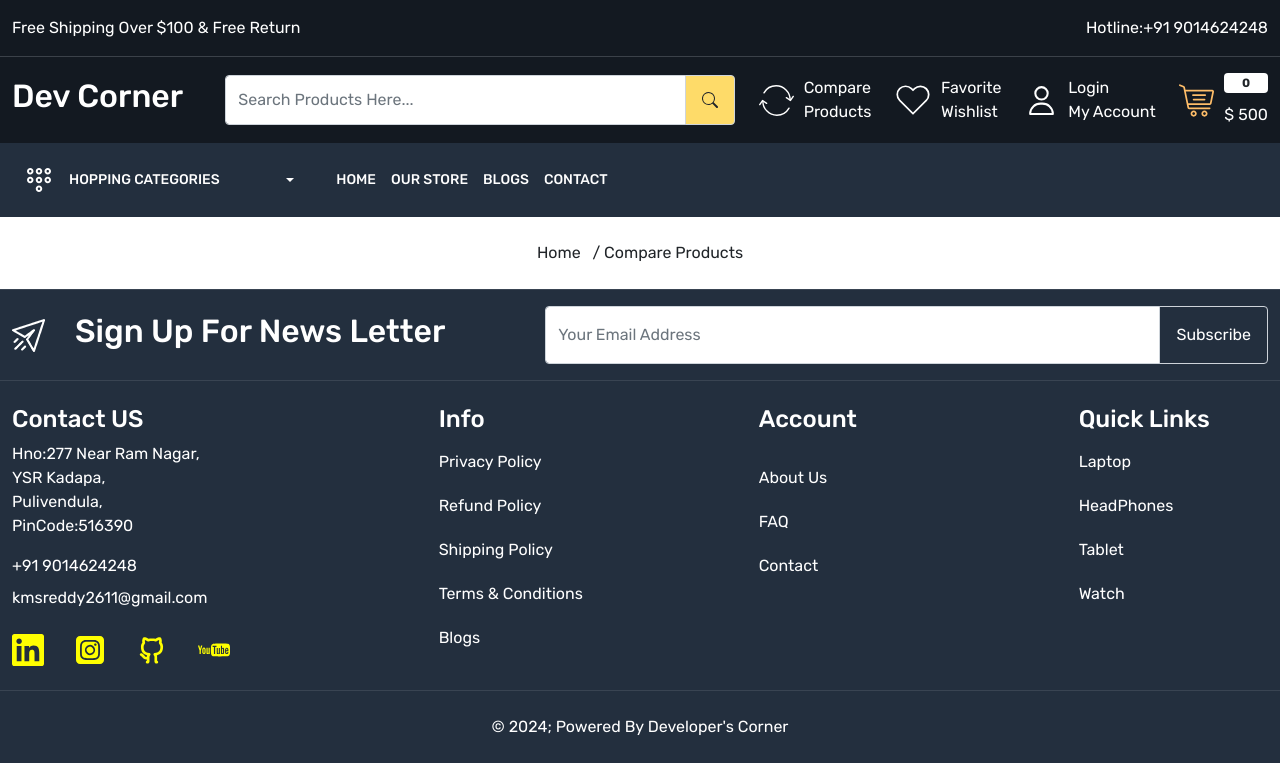
Repository: maniheist/ecommerce-app
Page: /compare-product
These files come from the project's save history. The page is drawn as it stood at one moment and after the next save; the edit follows.
The browser window is 1280 px wide. The pictures show the whole page.
The project was rebuilt for these pictures with package versions that can differ from the ones it lists, and the page was loaded fresh each time. Also part of the build but not shown: src/components/BlogCard.js, src/components/ProductCard.js, src/components/SpecialProduct.js, src/pages/Home.js, src/pages/About.js, src/pages/Contact.js, src/pages/OurStore.js, src/pages/Blog.js.

Above is the page before, as saved 2024-02-19 22:22:57.

### public/index.html
<!DOCTYPE html>
<html lang="en">
  <head>
    <meta charset="utf-8" />
    <link rel="icon" href="%PUBLIC_URL%/favicon.ico" />
    <meta name="viewport" content="width=device-width, initial-scale=1" />
    <meta name="theme-color" content="#000000" />
    <meta
      name="description"
      content="Web site created using create-react-app"
    />
    <link rel="apple-touch-icon" href="%PUBLIC_URL%/logo192.png" />

    <link rel="preconnect" href="https://fonts.googleapis.com" />
    <link rel="preconnect" href="https://fonts.gstatic.com" crossorigin />
    <link
      href="https://fonts.googleapis.com/css2?family=Rubik:ital,wght@0,300..900;1,300..900&display=swap"
      rel="stylesheet"
    />
    <link
      href="https://cdn.jsdelivr.net/npm/bootstrap@5.0.2/dist/css/bootstrap.min.css"
      rel="stylesheet"
      integrity="sha384-EVSTQN3/azprG1Anm3QDgpJLIm9Nao0Yz1ztcQTwFspd3yD65VohhpuuCOmLASjC"
      crossorigin="anonymous"
    />
    <link rel="manifest" href="%PUBLIC_URL%/manifest.json" />

    <title>React Redux App</title>
  </head>
  <body>
    <noscript>You need to enable JavaScript to run this app.</noscript>
    <div id="root"></div>
    <script
      src="https://cdn.jsdelivr.net/npm/bootstrap@5.0.2/dist/js/bootstrap.bundle.min.js"
      integrity="sha384-MrcW6ZMFYlzcLA8Nl+NtUVF0sA7MsXsP1UyJoMp4YLEuNSfAP+JcXn/tWtIaxVXM"
      crossorigin="anonymous"
    ></script>
  </body>
</html>

### src/index.js
import React from 'react';
import { createRoot } from 'react-dom/client';

import App from './App';

const container = document.getElementById('root');
const root = createRoot(container);

root.render(

      <App />

);

### src/App.js
import React from 'react';
import './App.css';
import {BrowserRouter,Routes,Route} from "react-router-dom";
import Layout from "./components/Layout";
import Home from "./pages/Home"
import About from "./pages/About"
import Contact from "./pages/Contact"
import OurStore from './pages/OurStore';
import Blog from "./pages/Blog";
import CompareProduct from './pages/CompareProduct';
function App() {
  return (
    <>
      <BrowserRouter>
        <Routes>
        <Route path="/" element={<Layout />}>
<Route index element={<Home />} />
<Route path="about" element={<About />}/>
<Route path="contact" element={<Contact />}/>
<Route path="store" element={<OurStore />}/>
<Route path="blogs" element={<Blog />}/>
<Route path="compare-product" element={<CompareProduct />}/>


        </Route>

        </Routes>
      </BrowserRouter>
    </>

  );
}

export default App;

### src/App.css
*{
  margin:0;
  padding:0;
  box-sizing:border-box;
}
:root{
  --color-131921:#131921;
  --color-3b4149:#3b4149;
--color-febd69:#fedb69;
--color-232f3e:#232f3e;
--color-bf4800:#bf4800;
--color-f5f5f7:#f5f5f7;
--color-ededed:#ededed;
--color-777777:#777777;
--color-1c1b1b:#1c1b1b;
--color-f2f2f2:#f2f2f2;
}

.section-heading{
  font-size: 26px;
  line-height: 32px;
  font-weight: 500;
  margin-bottom: 30px;

}
.card-wrapper{
  background-color: white;
  box-shadow: 0 0 10px #0000001a;
  padding: 15px;
}

.button{
  background-color:var(--color-232f3e) ;
  color: white;
  padding: 13px 33px;
  font-size: 14px;
  border-radius: 15px;
}
.button:hover{
  background-color: var(--color-febd69);
  color:#131921
}
body {
  font-family:"Rubik", sans-serif;
}
a {
  text-decoration:none;
  display:inline-block;
}

.form-control:focus{
  box-shadow:none;
  border-color: inherit;
}

/*header part*/
.header-top-strip{
  border-bottom: 1px solid var(--color-3b4149);
  background-color:var(--color-131921) ;
}

.header-upper{
  background-color: var(--color-131921);
}

.header-bottom{
  background-color: var(--color-232f3e);
}

.header-upper .input-group-text{
  background-color: var(--color-febd69);
}

.header-upper.header-upper-links img{
  width:35px;
  height: 35px;
}

.gap-10{
  gap: 10px;
}


.gap-15{
  gap: 15px;
}

.gap-30{
  gap: 30px;
}
.header-bottom .menu-links a,
.header-bottom .dropdown button
{
  color: white;
  font-size: 14px;
  line-height: 18px;
  font-weight: 480;
  letter-spacing:0.3;
  text-transform: uppercase;
}

.header-bottom .dropdown button:focus{
  box-shadow: none;
}

.header-bottom .dropdown-menu{
  background-color: var(--color-131921);
  width:100%;
  transform: translate3d(0px,57px,0px) !important;
}

.header-bottom .dropdown-item{
  padding:20px;
  margin-bottom: 3px;
  border-bottom: 1px solid var(--color-3b4149)
  ;

}
.header-bottom .dropdown-item:hover{
  background-color: transparent;
  color: var(--color-febd69) !important;
}
/*header part end */


/*footer part  */

footer{
  background-color: var(--color-232f3e);
}



footer:not(:first-child){
  border-top:1px solid rgba(255,255,255,0.1);

}

footer .input-group-text{
  background-color: var(--color-232f3e);
  color:white;
  padding:8px 17px;
}
/* footer part end */

/*Home page*/

.main-banner-content{
  top:15%;
  left:5%;
}

.main-banner-content h4{

  font-size: 19px;
  font-weight: 400;
  line-height: 24px;
  color:var(--color-bf4800);
  margin: 0 0 12px;
  letter-spacing: 0.3px;
  text-transform: uppercase;

}

.main-banner-content h5{
  font-size: 52px;
  font-weight: 500;
  line-height: 64px;
  letter-spacing: -2px;
  text-transform: none;

}

.main-banner-content p{
  font-size: 18px;
  line-height: 28px;
  letter-spacing: 0.4px;
  font-weight: 100;
  color: var(--color-131921);
}


.small-banner-content{
  top:25%;
  left:10%;
}

.small-banner-content h4{

  font-size: 21px;
  font-weight: 400;
  line-height: 24px;
  color:var(--color-bf4800);
  margin: 0 0 12px;
  letter-spacing: 0.3px;
  text-transform: uppercase;
}
.small-banner-content h5{
  font-size: 33px;
  font-weight: 500;
  line-height: 34px;
  letter-spacing: -2px;
  text-transform: none;

}

.small-banner-content p{
  font-size: 18px;
  line-height: 28px;
  letter-spacing: 0.4px;
  font-weight: 100;
  color: var(--color-131921);
}

.small-banner{
  width: 49%;

}


/* Home wrapper 2 */

.home-wrapper-2{
  background-color: var(--color-f5f5f7);

}

/* Home wrapper 2 ends */

/* categories section */

.categories{
  background-color: white;
  box-shadow: 0 0 10px #0000001a;
  padding: 15px;
}

.categories > div{
  width:25%;
  padding: 10px 10px 10px 20px;
}

.categories > div:nth-child(1),
.categories > div:nth-child(2),
.categories > div:nth-child(3),
.categories > div:nth-child(4){
  border-bottom: 1px solid var(--color-ededed) ;
}

.categories>div>div{
  width:60%
}

.categories > div:nth-child(1),
.categories > div:nth-child(2),
.categories > div:nth-child(3){
  border-right: 1px solid var(--color-ededed) ;
}

.categories > div:nth-child(5),
.categories > div:nth-child(6),
.categories > div:nth-child(7){
  border-right: 1px solid var(--color-ededed) ;
}
/* categories end */

/* Home Page End */


/* Blogcard */

.blog-card{
  background-color: white;
  padding:20px;
  border-radius:10px;
}

.blog-card img{
  border-top-left-radius:10px;
  border-top-right-radius:10px;
}

.blog-content{
  padding: 15px;

}

.blog-contentp.date{
  font-size: 13px;
  line-height: 24px;
  text-transform: uppercase;
  letter-spacing: 0;
  font-weight: 400;
  color: var(--color-777777);
  padding: 0;

}

.blog-content h5{
  font-size: 18px;
  color: var(--color-131921);
}


.blog-content p.desc{
  font-size: 13px;
  line-height: 22px;
  color: var(--color-777777);
}
/*Blogcard ends*/


/* product card */

.product-card{
  padding: 15px;
  background-color: white;
  border-radius: 13px;
overflow:hidden;
width: 100%;
}

.product-card .product-image{
  height: 270px;
}

.product-card .product-image img{
  object-fit: contain;
}
.product-card .product-image> img:last-child{
  display: none;
}
.product-card:hover .product-image > img:nth-child(1){
display: none;

}
.product-card:hover .product-image>img:last-child{
  display: block;


}



.product-card:hover .action-bar{
  right: 15px;

}
.product-card .product-details h6 {
  color:var(--color-bf4800);
  font-size: 13px;



}


.product-card .product-details h5{
  font-size: 15px;
  color: var(--color-1c1b1b);
}

.product-card.product-details p.price{
  font-size: 16px;
  color: var(--color-1c1b1b);
}

.product-card p.description{
  font-size: 13px;
  color: var(--color-777777);
  margin-right: 20px;
}

.action-bar{
  top: 10%;
  right:-23px;
  transition: 0.3s;
}


.wishlist-icon{
  top: 2%;
  right:15px;

}
/* product card ends */

/* special product */

.special-product-card{
  padding:20px 10px;
  border-radius: 10px;
  background-color: white;
}

.special-product-card .badge{
  background-color:#eb353b !important;
}


/* special product ends */

/* famous start */

.famous-card .famous-content{
  top: 10%;
  left: 5%;

}

.famous-card img{
  border-radius: 10px;
}

.famous-content h5{
  font-size: 13px;
  line-height: 20px;
  font-weight: 400px;
  color: white;
  margin-bottom: 7px;
  text-transform: uppercase;

}
.famous-content h6{
  font-size: 24px;
  line-height: 38px;
  font-weight: 500;
  color: white;
}
.famous-content p{
  font-size: 16px;
  line-height: 24px;
  color: white;
  font-weight: 100;
}

/* famous ends */

/* Our Store Start */

.filter-card{
  background-color: white;
  border-radius: 10px;
  padding: 15px 15px 25px;
}

.filter-title{
  font-size: 16px;
  line-height: 20px;
  font-weight: 600;
  color: var(--color-1c1b1b);
  margin-bottom: 20px;
}

.filter-card ul,
.filter-card .form-check-label {
  list-style-type:none;
  font-size: 13px;
  line-height: 30px;
  color: var(--color-777777);
  cursor: pointer;
}

.filter-card .form-check-input:focus{
  box-shadow: none;
  border-color: rgba(0,0,0,0.25);
}
.filter-card .form-check-input:checked{
background-color: var(--color-febd69);
  border-color: var(--color-febd69);

}
.sub-title{
  font-size: 40px;
  font-weight: 600;
  color: var(--color-1c1b1b);
  margin-bottom: 15px;
  margin-top: 20px;
}

.colors{
  list-style-type: none;
  display: flex;
  flex-wrap: wrap;
  gap: 10px;
}
.colors .one{
  width: 20px;
  height: 20px;
  background-color: red;
  border-radius: 50%;
}
.colors .two{
  width: 20px;
  height: 20px;
  background-color: blue;
  border-radius: 50%;
}
.colors  .three{
  width: 20px;
  height: 20px;
  background-color: yellow;
  border-radius: 50%;
}
.colors  .four{
  width: 20px;
  height: 20px;
  background-color: pink;
  border-radius: 50%;
}
.colors  .five{
  width: 20px;
  height: 20px;
  background-color: black;
  border-radius: 50%;
}
.colors  .six{
  width: 20px;
  height: 20px;
  background-color: brown;
  border-radius: 50%;
}

.colors  .seven{
  width: 20px;
  height: 20px;
  background-color:chocolate;
  border-radius: 50%;
}

.random-products h5{
font-size: 14px;
margin-bottom: 8px;
}

.random-products:first-child{
  border-bottom: 1px solid var(--color-ededed);
}

.filter-sort-grid{
  padding: 10px;
  background-color: white;
  border-radius: 10px;
}

.grid img{
  width: 35px;
  height: 35px;
  background-color: var(--color-f2f2f2);
  padding: 8px;
  border-radius: 3px;
  cursor: pointer;
}
.grid img:hover{
  background-color:burlywood;
}

.g-12{
  width: 100%;

}
.gr-6{
  width: 49%;
}
.gr-4{
  width: 32%;
}
.gr-3{
  width: 24%;

}

.gr-12 .product-card{
  display: flex;
  gap:20px;
}
.gr-6 .product-image{
  width: 100%;
}
.gr-6 .product-image img{
  margin: auto;
  display: block;
}
.gr-12 .product-card .product-image{
  width: 270px;
}

.gr-12 .product-card .product-image{
  height: auto;
}
.gr-12 .action-bar{top: 17%;}


/* Our store ends */


/* contact us starts*/

.contact-inner-wrapper{
  padding:30px 20px;
  border-radius: 15px;
  background-color: white;
  gap:15px;
}
.contact-inner-wrapper>div{
  width: 48%;
}

.contact-title{
  font-size: 26px;
  font-weight: 500;
  line-height: 35px;
  text-align: left;

}

.contact-inner-wrapper form .form-control{
  background-color: var(--color-f5f5f7);
  border-radius: 10px;
  border-color: transparent;
  padding: 10px;
}

.contact-inner-wrapper ul{
  list-style: none;
}

.contact-inner-wrapper address,.contact-inner-wrapper a,.contact-inner-wrapper p{
  color: var(--color-777777);
}

/* contact us ends */

### src/components/Layout.js
import React from 'react'
import {Outlet} from "react-router-dom";
import Header from "./Header";
import Footer from "./Footer";
const Layout = () => {
  return (
    <>
            <Header />
            <Outlet />
            <Footer />

    </>
  )
}

export default Layout

### src/pages/CompareProduct.js
import React from 'react'
import BreadCrumb from '../components/BreadCrumb'
import Meta from '../components/Meta'
const CompareProduct = () => {
  return <>
    <Meta title={"Compare Products"}></Meta>
    <BreadCrumb title='Compare Products'/>

  </>
}

export default CompareProduct

### src/components/Header.js
import React from 'react'
import {NavLink,Link} from "react-router-dom"
import {BsSearch} from "react-icons/bs"
const Header = () => {
  return <>
  <header className='header-top-strip py-3'>
    <div className='container-xxl'>
      <div className='row'>
        <div className='col-6'>
          <p className='text-white mb-0'>Free Shipping Over $100 & Free Return</p>
        </div>
        <div className='col-6'>
          <p className='text-end text-white mb-0'>
            Hotline:
            <a className='text-white' href='tel:+9014624248'>+91 9014624248</a>
          </p>
        </div>
      </div>
    </div>
  </header>
  <header className='header-upper py-3'>
    <div className='container-xxl'>
      <div className='row align-items-center'>
        <div className='col-2'>
          <h2><Link className='text-white'>
            Dev Corner
          </Link></h2>
        </div>
        <div className='col-5'>
          <div className="input-group">
  <input type="text" className="form-control py-2" placeholder="Search Products Here..." aria-label="Search Products Here..." aria-describedby="basic-addon2"/>
  <span className="input-group-text p-3" id="basic-addon2"><BsSearch className='fs-6' /></span>
</div>
        </div>
        <div className='col-5'>
          <div className='header-upper-links d-flex align-items-center justify-content-between'>
            <div>
              <Link to='/compare-product' className='d-flex align-items-center gap-10 text-white'>
              <img src="/images/compare.svg" alt='compare' />
                <p className='mb-0'>Compare <br /> Products</p>
              </Link>
            </div>
            <div>
              <Link to="/wishlist" className='d-flex align-items-center gap-10 text-white'>
              <img src="/images/wishlist.svg" alt='wishlist' />
                <p className='mb-0'>Favorite <br /> Wishlist</p>
              </Link>
            </div>
            <div>
              <Link to="/login" className='d-flex align-items-center gap-10 text-white'>
              <img src="/images/user.svg" alt='user' />
                <p className='mb-0'>Login <br /> My Account</p>
              </Link>
            </div>
            <div>
              <Link to="/cart" className='d-flex align-items-center gap-10 text-white'>
            <img src="/images/cart.svg" alt='cart' />
                <div className='d-flex flex-column gap-10'>
                <span className='badge bg-white text-dark'>0</span>
                <p className='mb-0'>$ 500</p>

                </div>
              </Link>
            </div>
          </div>
        </div>
      </div>
    </div>
  </header>
<header className='header-bottom py-3'>
  <div className='container-xxl'>
    <div className='row'>
      <div className='col-12'>
        <div className='menu-bottom d-flex align-items-center gap-30'>
        <div>
          <div className="dropdown">
  <button className="btn btn-secondary dropdown-toggle bg-transparent border-0 gap-15 d-flex align-items-center" type="button" id="dropdownMenuButton1" data-bs-toggle="dropdown" aria-expanded="false">
    <img src="images/menu.svg" alt=""/><span className='me-5 d-inline-blocto'>hopping Categories</span>
  </button>
  <ul className="dropdown-menu" aria-labelledby="dropdownMenuButton1">
    <li><to className="dropdown-item text-white" to="">Pants</to></li>
    <li><to className="dropdown-item text-white" to="">Shirts</to></li>
    <li><to className="dropdown-item text-white" to="">Shorts</to></li>
  </ul>
</div>
        </div>
        <div className='menu-links'>
          <div className='d-flex align-items-center gap-15'>
            <NavLink className='text-white' to="/">Home</NavLink>
            <NavLink className='text-white' to="/store">Our Store</NavLink>
            <NavLink className='text-white' to="/blogs">Blogs</NavLink>
            <NavLink className='text-white' to="/contact">Contact</NavLink>
          </div>
        </div>

        </div>
      </div>
    </div>
  </div>
</header>


  </>
}

export default Header

### src/components/Footer.js

import React from 'react'
import { SiLinkedin } from "react-icons/si";
import { RiGithubLine } from "react-icons/ri";
import { ImYoutube2 } from "react-icons/im";
import { FaSquareInstagram } from "react-icons/fa6";
import {Link} from 'react-router-dom';
const Footer = () => {
  return <>
    <footer className='py-3'>
        <div className='container-xxl'>
            <div className='row align-items-center'>
                <div className='col-5'>
                    <div className='footer-top-data d-flex gap-30 align-items-center'>
                        <img src="images/newsletter.png" alt="newsletter" />
                        <h2 className='text-white'>Sign Up For News Letter</h2>
                    </div>
                </div>
                <div className='col-7'>
                    <div className="input-group">
  <input type="text" className="form-control py-1" placeholder="Your Email Address" aria-label="Your Email Address..." aria-describedby="basic-addon2"/>
  <span className="input-group-text p-3" id="basic-addon2">Subscribe</span>
</div>
                </div>
            </div>
        </div>
    </footer>
    <footer className='py-4'>
        <div className='container-xxl'>
            <div className="row">
                <div className='col-4'>
                <h4 className="text-white">Contact US</h4>
                <div>
                    <address className='text-white fs-6'>Hno:277 Near Ram Nagar,
                    <br />YSR Kadapa, <br />Pulivendula,<br />PinCode:516390</address>

                    <a href='tel:+91 9014624248' className='mt-3 d-block mb-1 text-white'>+91 9014624248</a>
                    <a href='mailto:kmsreddy2611@gmail.com' className='mt-2 d-block mb-0 text-white'>kmsreddy2611@gmail.com</a>
                    <div className='social_icons d-flex align-items-center gap-30 mt-4'>
                    <a className="text-white" href='#'>
                    <SiLinkedin className='fs-2' color="yellow"/>
                    </a>
                    <a className="text-white" href='#'>
                    <FaSquareInstagram className='fs-2' color='yellow'/>
                    </a>

                    <a className="text-white" href='#'>
                    <RiGithubLine className='fs-2' color='yellow'/>

                    </a>
                    <a className="text-white" href='#'>
                    <ImYoutube2  className='fs-2' color="yellow"/>
                    </a>

                    </div>

                </div>
                </div>
                <div className='col-3'>
                <h4 className="text-white md-4">Info</h4>
                <div className='footer-links d-flex flex-column'>
                    <Link className="text-white py-2 mb-1">Privacy Policy</Link>
                    <Link className="text-white py-2 mb-1">Refund Policy</Link>
                    <Link className="text-white py-2 mb-1">Shipping Policy</Link>
                    <Link className="text-white py-2 mb-1">Terms & Conditions</Link>
                    <Link className="text-white py-2 mb-1">Blogs</Link>
                </div>
                </div>
                <div className='col-3'>
                <h4 className="text-white mb-4">Account</h4>
                <div className='footer-links d-flex flex-column'>
                    <Link className="text-white py-2 mb-1">About Us</Link>
                    <Link className="text-white py-2 mb-1">FAQ</Link>
                    <Link className="text-white py-2 mb-1">Contact</Link>
                </div>
                </div>
                <div className='col-2'>
                <h4 className="text-white">Quick Links</h4>
                <div className='footer-links d-flex flex-column'>
                    <Link className="text-white py-2 mb-1">Laptop</Link>
                    <Link className="text-white py-2 mb-1">HeadPhones</Link>
                    <Link className="text-white py-2 mb-1">Tablet</Link>
                    <Link className="text-white py-2 mb-1">Watch</Link>
                </div>
                </div>
            </div>
        </div>
    </footer>
    <footer className='py-4'>
        <div className='container-xxl'>
            <div className='row'>
                <div className='col-12'>
                <p className='text-center mb-0 text-white'>&copy; { new Date().getFullYear()}; Powered By Developer's Corner</p>

                </div>
            </div>
        </div>
    </footer>
  </>


}

export default Footer

### src/components/BreadCrumb.js
import React from 'react'
import {Link} from 'react-router-dom';
const BreadCrumb = (props) => {
    const {title}=props;
  return (
    <div className='breadcrumb mb-0 py-4'>
      <div className='container-xxl'>
        <div className='row'>
            <div className='col-12'>
                <p className='text-center mb-0'><Link to='/' className='text-dark'>Home &nbsp; </Link> / {title}</p>
            </div>
        </div>
      </div>
    </div>
  )
}

export default BreadCrumb

### src/components/Meta.js

import React from 'react'
import {Helmet} from "react-helmet";

const Meta = (props) => {
  return (
    <Helmet>
                <meta charSet="utf-8" />
                <title>{props.title}</title>
            </Helmet>
  )
}

export default Meta

After the next save:
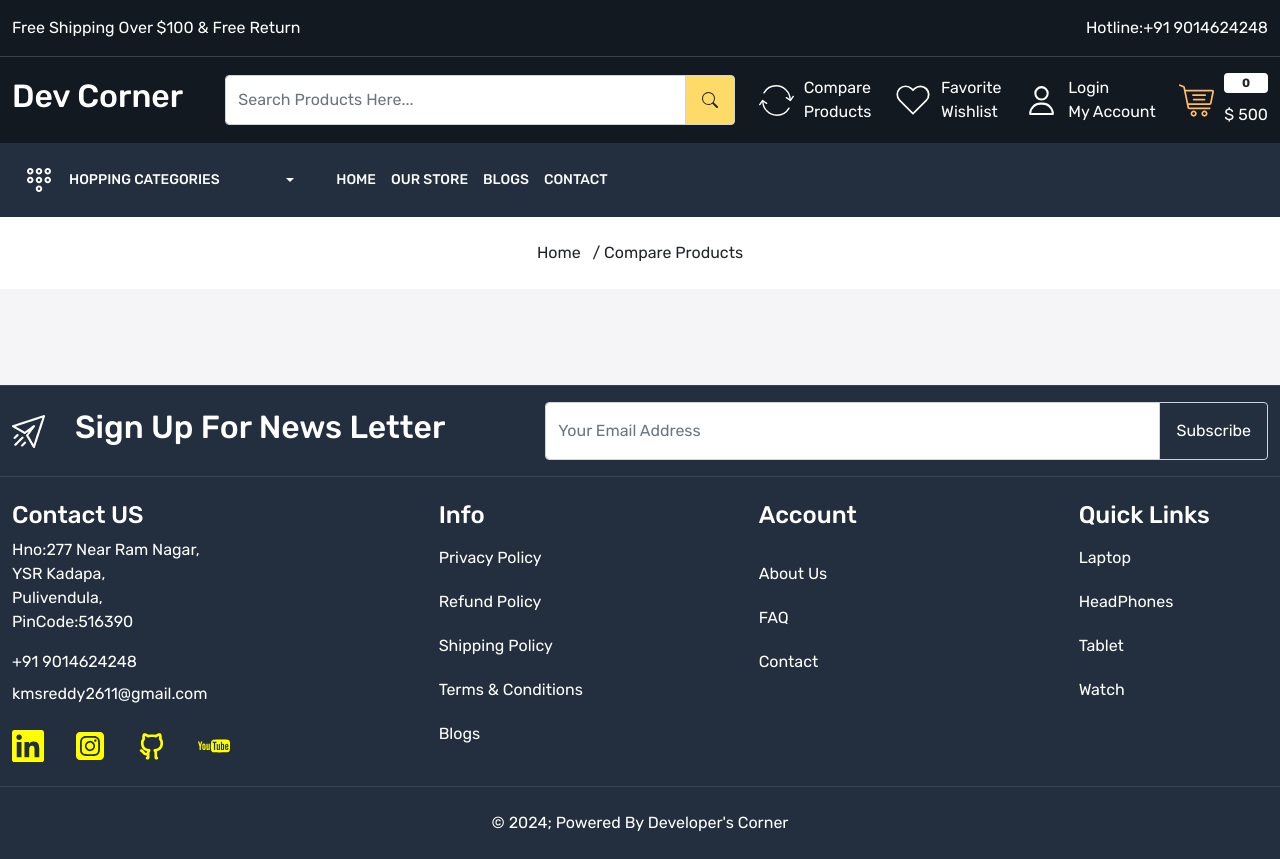
Saved 2 min 13 s later.
--- a/src/pages/CompareProduct.js
+++ b/src/pages/CompareProduct.js
@@ -5,6 +5,15 @@
   return <>
     <Meta title={"Compare Products"}></Meta>
     <BreadCrumb title='Compare Products'/>
+    <div className='compare-product-wrapper py-5 home-wrapper-2'>
+        <div className='container-xxl'>
+            <div className='row'>
+                <div className='col-3'>
+                    <div className='compare-product-card'></div>
+                </div>
+            </div>
+        </div>
+    </div>
 
   </>
 }
